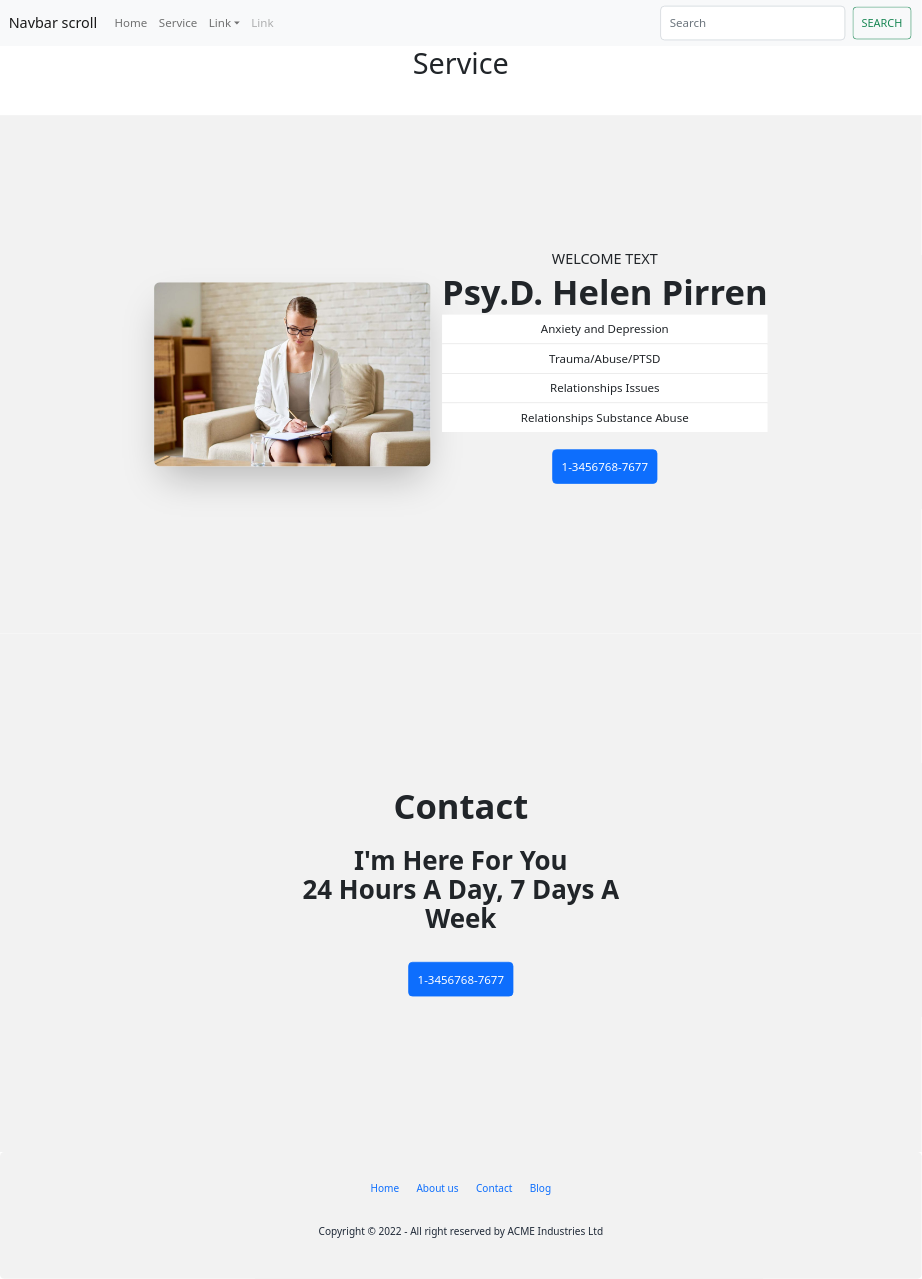
Repository: mdsajib50/service-review-client
Page: /
An editor plug-in stored every save of this project. The page is shown before and after a run of saves, followed by the edit.
The browser window is 1280 px wide. The pictures show the whole page, at 72% of full size.
The page's requests for data from a server got no answer. The project was rebuilt for these pictures with package versions that can differ from the ones it lists, and the page was loaded fresh each time. No one was signed in, and anything a server would have sent is missing. Also part of the build but not shown: src/Pages/Home/Services/ServiceCard.js.

Above is the page before, as saved 2022-12-25 12:52:59.

### src/App.js
import './App.css';
import {  RouterProvider } from 'react-router-dom';
import router from './Router/Routes/Routes';

function App() {

  return (
    <div className="App">
      <RouterProvider router={router}></RouterProvider>
    </div>
  );
}

export default App;

### src/Router/Routes/Routes.js
import { createBrowserRouter } from "react-router-dom";

import Main from "../../Layout/Main";
import Home from "../../Pages/Home/Home/Home";

const router = createBrowserRouter([
    {
      path: '/',
      element: <Main></Main>,
      children:[
        {
          path: '/',
          element: <Home></Home>
        }
      ]
    }
])
export default router;

### src/Layout/Main.js
import React from 'react';
import { Outlet } from 'react-router';
import Header from '../Pages/Shared/Header/Header';
import Footer from '../Pages/Shared/Footer/Footer';

const Main = () => {
    return (
        <div>
            <Header></Header>
            <Outlet></Outlet>
            <Footer></Footer>
        </div>
    );
};

export default Main;

### src/Pages/Home/Home/Home.js
import React from 'react';
import About from '../About/About';
import Contact from '../Contact/Contact';
import Services from '../Services/Services';
const Home = () => {
    return (
        <div>

           <Services></Services>
           <About></About>
           <Contact></Contact>
        </div>
    );
};

export default Home;

### src/Pages/Shared/Header/Header.js
import React from 'react';
import Button from 'react-bootstrap/Button';
import Container from 'react-bootstrap/Container';
import Form from 'react-bootstrap/Form';
import Nav from 'react-bootstrap/Nav';
import Navbar from 'react-bootstrap/Navbar';
import NavDropdown from 'react-bootstrap/NavDropdown';

const Header = () => {
    return (

          <Navbar bg="light" expand="lg">
              <Container fluid>
                <Navbar.Brand href="#">Navbar scroll</Navbar.Brand>
                <Navbar.Toggle aria-controls="navbarScroll" />
                <Navbar.Collapse id="navbarScroll">
                  <Nav
                    className="me-auto my-2 my-lg-0"
                    style={{ maxHeight: '100px' }}
                    navbarScroll
                  >
                    <Nav.Link href="#action1">Home</Nav.Link>
                    <Nav.Link href="/service">Service</Nav.Link>
                    <NavDropdown title="Link" id="navbarScrollingDropdown">
                      <NavDropdown.Item href="#action3">Action</NavDropdown.Item>
                      <NavDropdown.Item href="#action4">
                        Another action
                      </NavDropdown.Item>
                      <NavDropdown.Divider />
                      <NavDropdown.Item href="#action5">
                        Something else here
                      </NavDropdown.Item>
                    </NavDropdown>
                    <Nav.Link href="#" disabled>
                      Link
                    </Nav.Link>
                  </Nav>
                  <Form className="d-flex">
                    <Form.Control
                      type="search"
                      placeholder="Search"
                      className="me-2"
                      aria-label="Search"
                    />
                    <Button variant="outline-success">Search</Button>
                  </Form>
                </Navbar.Collapse>
              </Container>
            </Navbar>


    );
};

export default Header;

### src/Pages/Shared/Footer/Footer.js
import React from 'react';

const Footer = () => {
    return (
        <footer className="footer footer-center p-10 bg-base-200 text-base-content rounded">
  <div className="grid grid-flow-col gap-4">
    <a className="link link-hover">Home</a>
    <a className="link link-hover">About us</a>
    <a className="link link-hover">Contact</a>
    <a className="link link-hover">Blog</a>
  </div>
  <div>
    <p>Copyright © 2022 - All right reserved by ACME Industries Ltd</p>
  </div>
</footer>
    );
};

export default Footer;

### src/Pages/Home/About/About.js
import React from 'react';
import img from '../../../assets/beautiful-female.jpg';
import ListGroup from 'react-bootstrap/ListGroup';

const About = () => {
    return (
        <div className="hero min-h-screen bg-base-200">
            <div className="hero-content flex-col lg:flex-row">
                <img src={img} className="max-w-sm rounded-lg shadow-2xl" />
                <div>
                    <h3 className="text-xl">WELCOME TEXT</h3>
                <h1 className="text-5xl font-bold">Psy.D. Helen Pirren</h1>

                    <ListGroup variant="flush">
                    <ListGroup.Item>Anxiety and Depression</ListGroup.Item>
                    <ListGroup.Item>Trauma/Abuse/PTSD</ListGroup.Item>
                    <ListGroup.Item>Relationships Issues</ListGroup.Item>
                    <ListGroup.Item>Relationships Substance Abuse</ListGroup.Item>
                    </ListGroup>
                <button className="btn btn-primary m-4">1-3456768-7677</button>
                </div>
            </div>
        </div>
    );
};

export default About;

### src/Pages/Home/Contact/Contact.js
import React from 'react';

const Contact = () => {
    return (
        <div className="hero min-h-screen bg-base-200">
            <div className="hero-content text-center">
                <div className="max-w-md">
                <h1 className="text-5xl font-bold">Contact</h1>
                <p className="py-6 font-bold text-4xl">I'm Here For You <br/>24 Hours A Day, 7 Days A Week</p>
                <button className="btn btn-primary font-semibold text-2xl">1-3456768-7677</button>
                </div>
            </div>
        </div>
    );
};

export default Contact;

### src/Pages/Home/Services/Services.js
import React, { useEffect, useState } from 'react';
import ServiceCard from './ServiceCard';

const Services = () => {
    const [services,  setServices] = useState([]);
    useEffect(()=>{
        fetch('http://localhost:5000/services')
        .then(res => res.json())
        .then(data =>setServices(data))
        .catch(e => console.error(e))
    },[])
    return (
       <div>
            <div><h1>Service</h1></div>
        <div className='mt-12 ml-16 grid gap-6 grid-cols-1 md:grid-cols-2  lg:grid-cols-3'>

                  {
                      services.map(service => <ServiceCard key={service.id} service={service}></ServiceCard>)
                  }

        </div>
    </div>
    );
}

export default Services;

Loaded but not shown: public/index.html (common file); src/index.js (common file); src/index.css (common file); src/reportWebVitals.js (common file); src/App.css (common file); tailwind.config.js (common file)

After the next 2 saves:
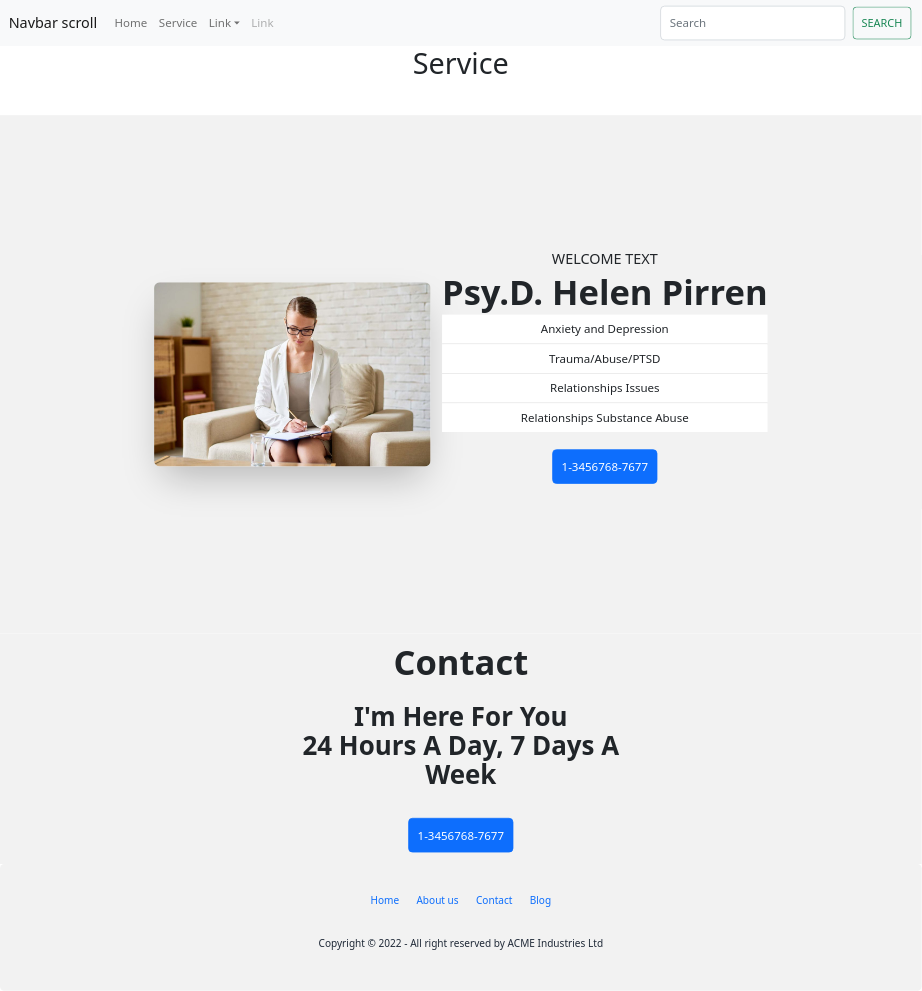
The 2 saves are shown as one change because they came seconds apart.
The last was saved 3 min 44 s later.
--- a/src/Pages/Home/Contact/Contact.js
+++ b/src/Pages/Home/Contact/Contact.js
@@ -2,7 +2,7 @@ import React from 'react';
 
 const Contact = () => {
     return (
-        <div className="hero min-h-screen bg-base-200">
+        <div className="hero bg-base-200">
             <div className="hero-content text-center">
                 <div className="max-w-md">
                 <h1 className="text-5xl font-bold">Contact</h1>
